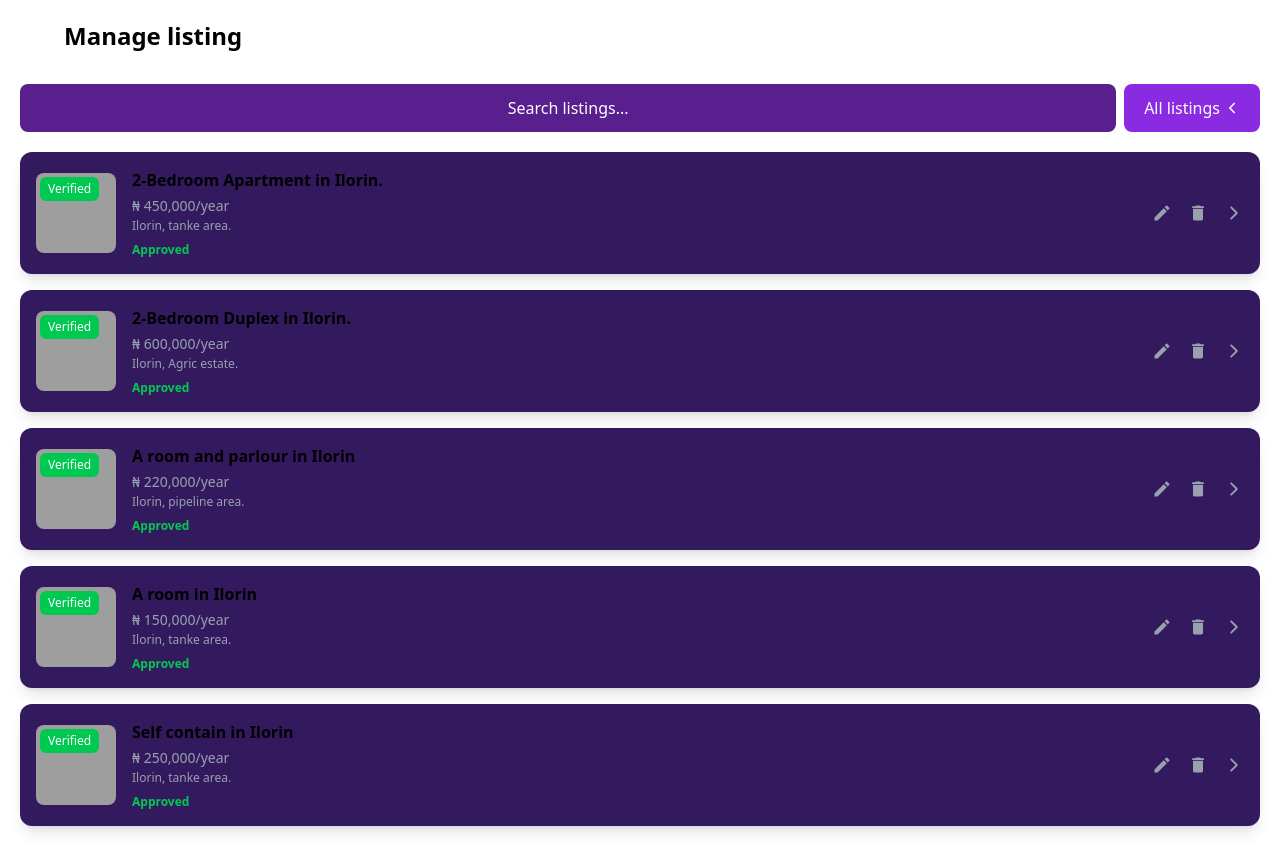
Repository: Em-driod/spotify-clone
Page: /Manage
An editor plug-in stored every save of this project. The page is shown before and after the next save, followed by the edit.
The browser window is 1280 px wide. The pictures show the whole page.
Pictures or frames that could not be fetched are drawn as grey boxes. The project was rebuilt for these pictures with package versions that can differ from the ones it lists, and the page was loaded fresh each time. Also part of the build but not shown: vite.config.ts, src/pages/veryify.tsx, src/pages/LandingPage.tsx, src/pages/Back.tsx, src/pages/Change.tsx, src/pages/onboard.tsx, src/pages/Skips.tsx, src/pages/Otp.tsx and 6 more.

Above is the page before, as saved 2025-07-09 16:05:34.

After the next save:
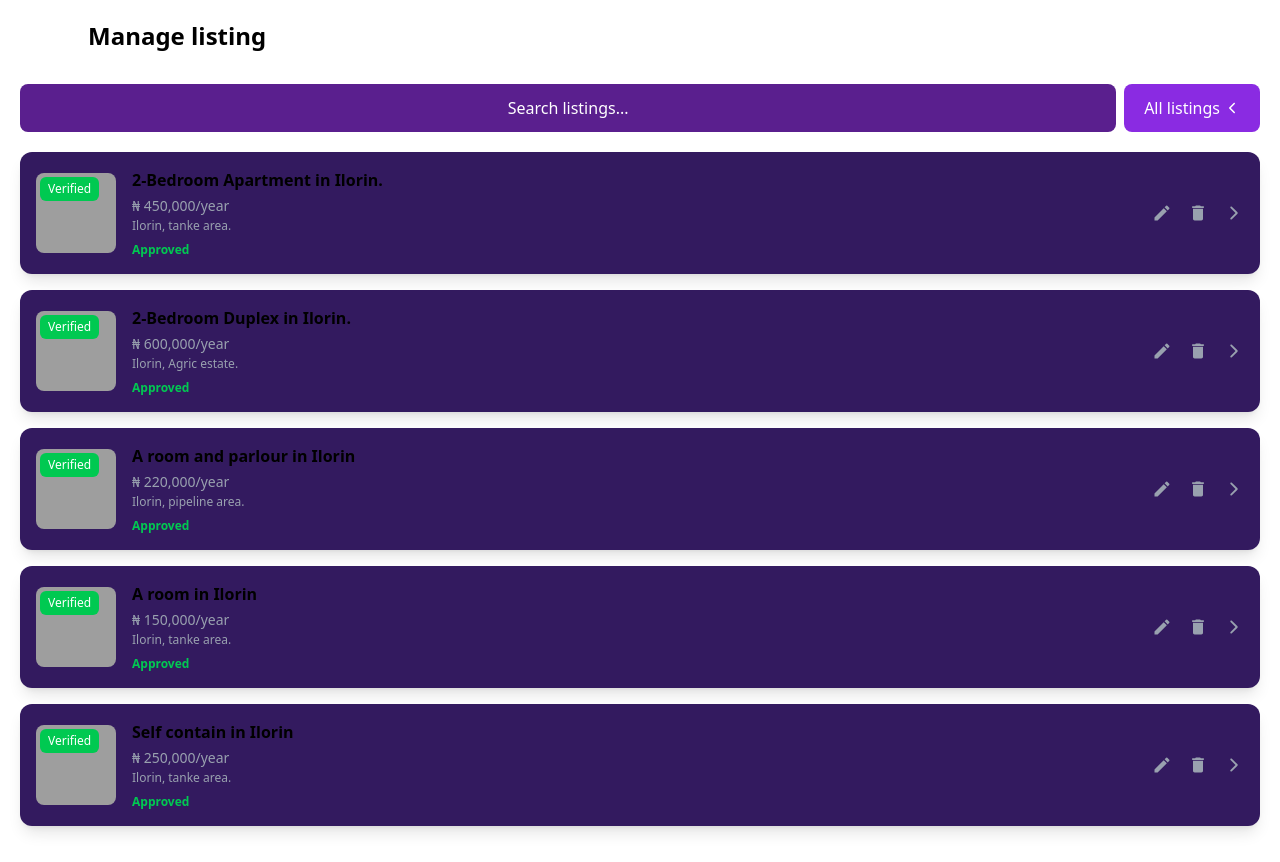
Saved 21 s later.
--- a/src/pages/Manage.tsx
+++ b/src/pages/Manage.tsx
@@ -52,7 +52,7 @@ const Manage = () => {
       {/* Header */}
       <div className="flex items-center mb-8">
         <IoIosArrowBack size={24} className="text-white mr-5 cursor-pointer" />
-        <h1 className="text-2xl font-bold text-center">Manage listing</h1>
+        <h1 className="text-2xl font-bold text-center ml-6">Manage listing</h1>
       </div>
 
       {/* Search and Filter */}
